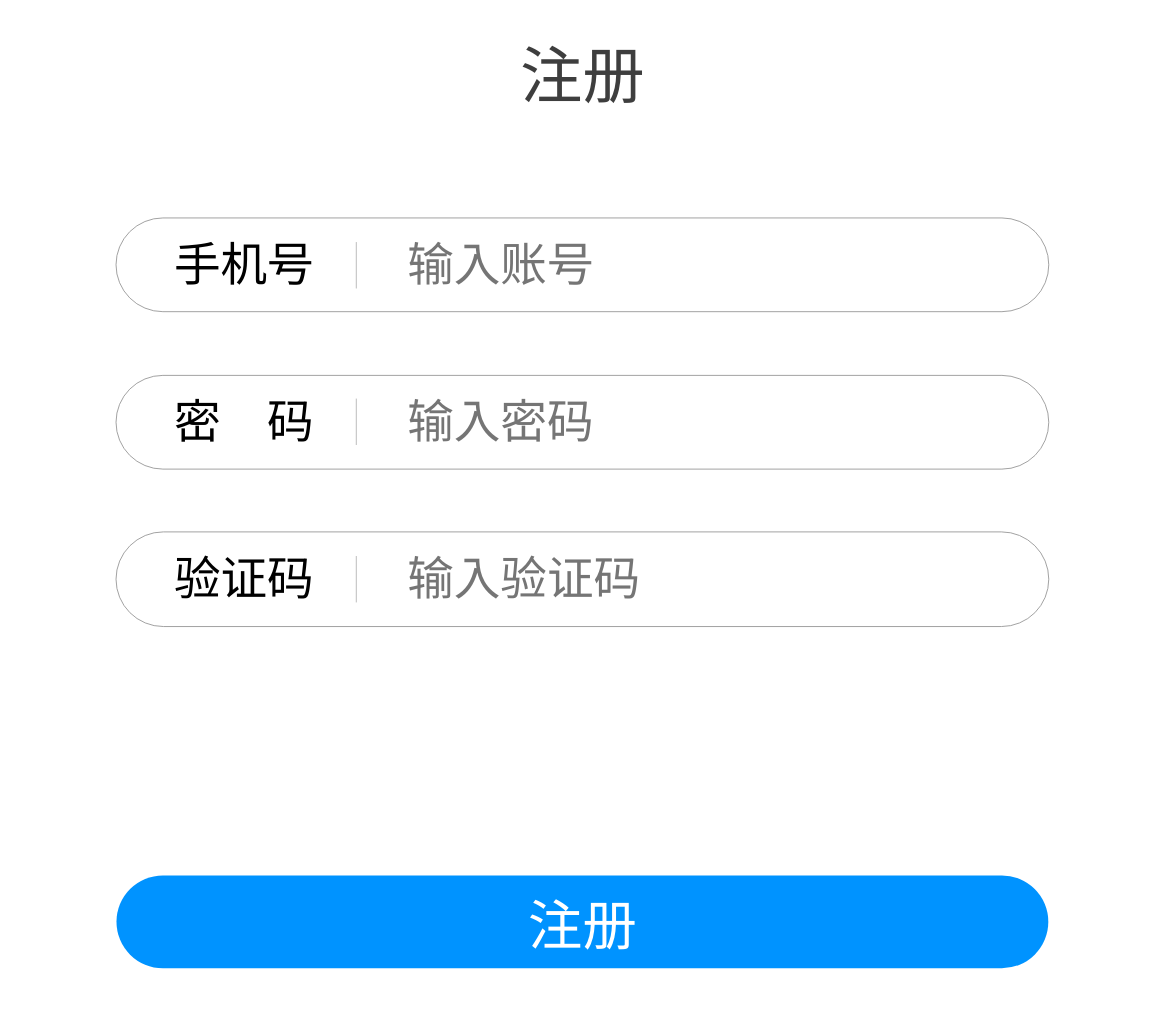
Repository: 421538074/sell
Page: consumer/regsiter.html
The author's editor kept a copy of each file at every save. The page is drawn from the files as they stood at one save, then again after the next save.
The browser window is 1280 px wide. The pictures show the whole page, at 91% of full size.

Above is the page before, as saved 2019-05-29 15:12:52.

### consumer/regsiter.html
<!DOCTYPE html>
<html lang="en">

<head>
    <meta charset="UTF-8">
    <meta name="viewport" content="width=device-width, initial-scale=1.0">
    <meta http-equiv="X-UA-Compatible" content="ie=edge">
    <link rel="stylesheet" href="../css/base.css">
    <link rel="stylesheet" href="css/regsiter.css">
    <title>注册</title>
</head>

<body>
    <div id="app" class="content">
        <div class="regsiter">
            <div class="regsiter_wrap">
                <h4>注册</h4>
                <ul class="regsiter_uu">
                    <li>
                        <label class="title">手机号</label>
                        <input @input="limitLength('phone',11)" v-model="phone" maxlength="11" type="number"
                            placeholder="输入账号">
                    </li>
                    <li>
                        <label class="title">密&nbsp;&nbsp;&nbsp;&nbsp;码</label>
                        <input class="pasword" v-model="password" type="password" placeholder="输入密码">
                    </li>
                    <li>
                        <label class="title">验证码</label>
                        <input class="pasword" v-model="code" type="number" placeholder="输入验证码">
                    </li>
                </ul>
                <button class="regsiter_btn" @click="regsiter">注册</button>
            </div>
        </div>
    </div>
    <script src="../js/jquery.min.js"></script>
    <script src="../js/api.js"></script>
    <script src="../js/vue.js"></script>
</body>

</html>

### css/base.css
/* http://meyerweb.com/eric/tools/css/reset/
   v2.0 | 20110126
   License: none (public domain)
*/

html,
body,
div,
span,
applet,
object,
iframe,
h1,
h2,
h3,
h4,
h5,
h6,
p,
blockquote,
pre,
a,
abbr,
acronym,
address,
big,
cite,
code,
del,
dfn,
em,
img,
ins,
kbd,
q,
s,
samp,
small,
strike,
strong,
sub,
sup,
tt,
var,
b,
u,
i,
center,
dl,
dt,
dd,
ol,
ul,
li,
fieldset,
form,
label,
legend,
table,
caption,
tbody,
tfoot,
thead,
tr,
th,
td,
article,
aside,
canvas,
details,
embed,
figure,
figcaption,
footer,
header,
hgroup,
menu,
nav,
output,
ruby,
section,
summary,
time,
mark,
audio,
video {
    margin: 0;
    padding: 0;
    border: 0;
    font-size: 100%;
    font: inherit;
    vertical-align: baseline;
}

/* HTML5 display-role reset for older browsers */
article,
aside,
details,
figcaption,
figure,
footer,
header,
hgroup,
menu,
nav,
section {
    display: block;
}

body {
    line-height: 1;
}

ol,
ul {
    list-style: none;
}

blockquote,
q {
    quotes: none;
}

blockquote:before,
blockquote:after,
q:before,
q:after {
    content: '';
    content: none;
}

table {
    border-collapse: collapse;
    border-spacing: 0;
}


body,
html {
    font-size: calc(100vw / 37.5);
    font-family: PingFangSC-Medium;
    background: #F2F2F2;
}


[v-cloak] {
    display: none;
}


hr {
    margin: 0;
    padding: 0;
}

.clearfix {
    zoom: 1;
}

.clearfix:after {
    content: ".";
    display: block;
    visibility: hidden;
    height: 0;
    clear: both;
}

[v-cloak] {
    display: none;
}

### consumer/css/regsiter.css
html,body{
    background: #ffffff;
}
h4 {
    color: #3E3E3E;
    text-align: center;
    height: 5rem;
    font-size: 2rem;
    display: flex;
    align-items: center;
    justify-content: center;
}
li {
    width: 80%;
    border: 1px solid #999999;
    margin: 2rem auto;
    height: 3rem;
    border-radius: 10rem;
    display: flex;
    align-items: center;
    justify-content: space-around;
}
label.title{
    position: relative;
    width: 20%;
    display: flex;
    align-items: center;
    justify-content: center;
    font-size: 1.5rem;
}
label.title::after{
    content: '';
    position: absolute;
    height: 100%;
    width: 1px;
    background: #B6B6B6;
    left: 110%;
}
li input {
    border: none;
    flex: 0.8;
    outline: 0;
    font-size: 1.5rem;
}
input.pasword{
    color: #0093FF;
}
button.regsiter_btn {
    background: #0093FF;
    outline: 0;
    border: none;
    border-radius: 10rem;
    height: 3rem;
    width: 80%;
    margin: 8rem auto;
    display: block;
    color: #ffffff;
    font-size: 1.75rem;
    margin-bottom: 2rem;
}

### js/api.js



// window.warn = {
//     alert: function alert(msg) {
//         var template = `
// `
//         $('body').append(template);
//         $('.alert-body').animate({
//             top: "40px"
//         }, 200);
//         // setTimeout(function () {
//         //     warn.close();
//         // }, 1500);
//     },
//     close: function close() {
//         $('.alert-body').animate({
//             top: "-280px"
//         }, 200);
//         setTimeout(function () {
//             $('#alert-msg').remove();
//         }, 200);
//     }
// };

Loaded but not shown: js/jquery.min.js (library); js/vue.js (library)

After the next save:
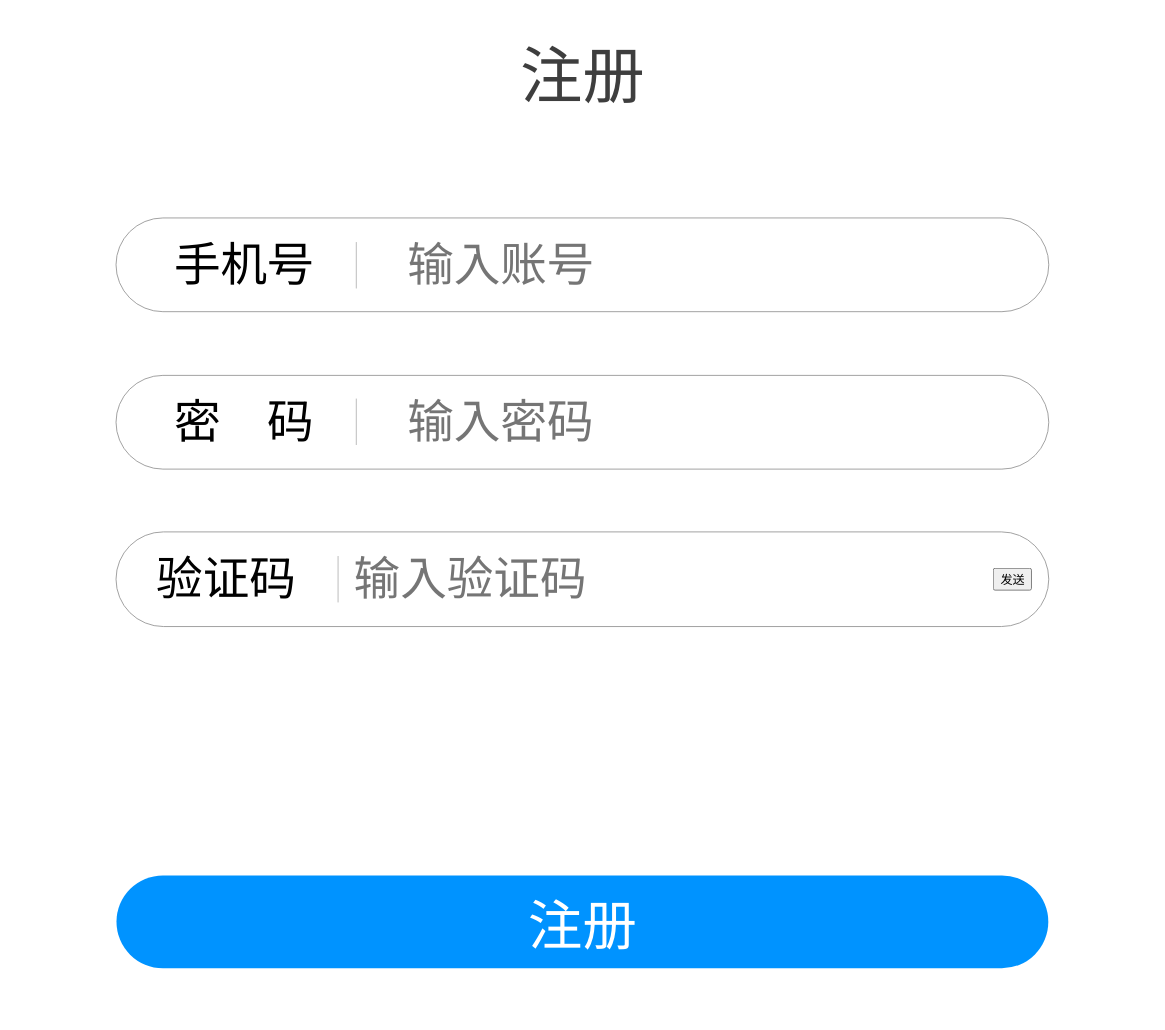
Saved 16 s later.
--- a/consumer/regsiter.html
+++ b/consumer/regsiter.html
@@ -28,6 +28,7 @@
                     <li>
                         <label class="title">验证码</label>
                         <input class="pasword" v-model="code" type="number" placeholder="输入验证码">
+                        <button class="send-code">发送</button>
                     </li>
                 </ul>
                 <button class="regsiter_btn" @click="regsiter">注册</button>
